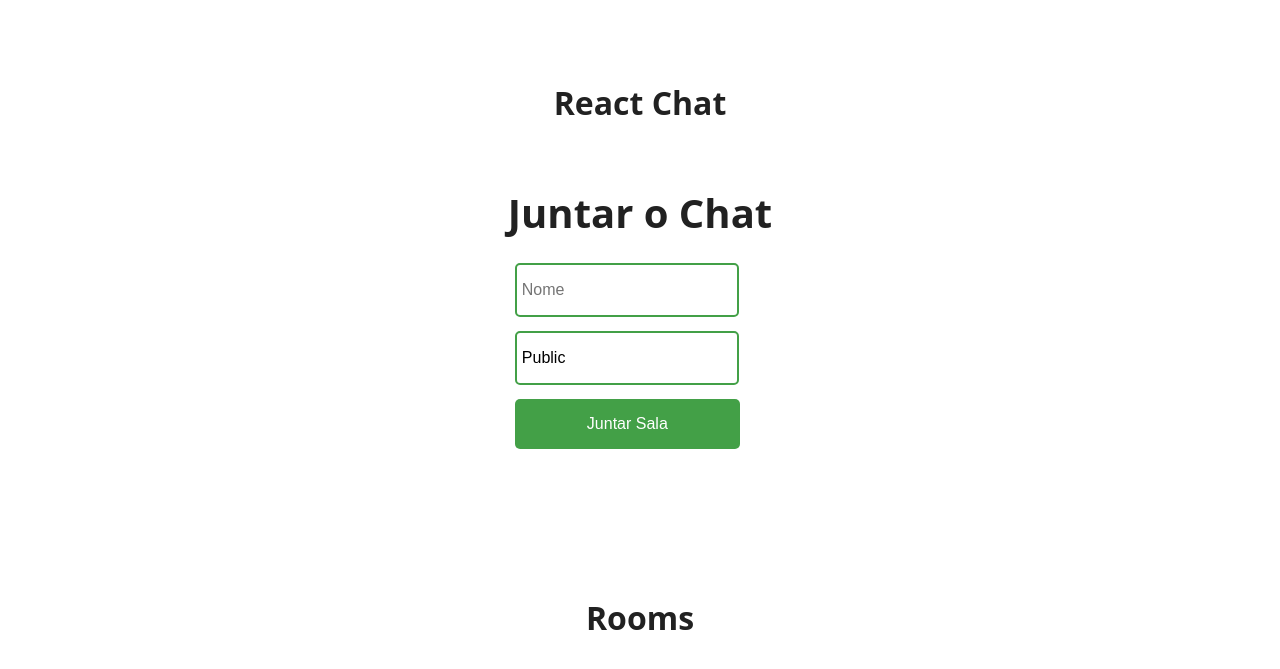
Repository: hierotsu/chat-rooms-react-
Page: / (app in client/)
An editor plug-in stored every save of this project. The page is shown before and after the next save, followed by the edit.
The browser window is 1280 px wide. The pictures show the whole page.
The page's requests for data from a server got no answer. The project was rebuilt for these pictures with package versions that can differ from the ones it lists, and the page was loaded fresh each time. No one was signed in, and anything a server would have sent is missing. Also part of the build but not shown: client/src/components/User.js, client/src/components/Chat.js.

Above is the page before, as saved 2022-02-02 15:18:37.

After the next save:
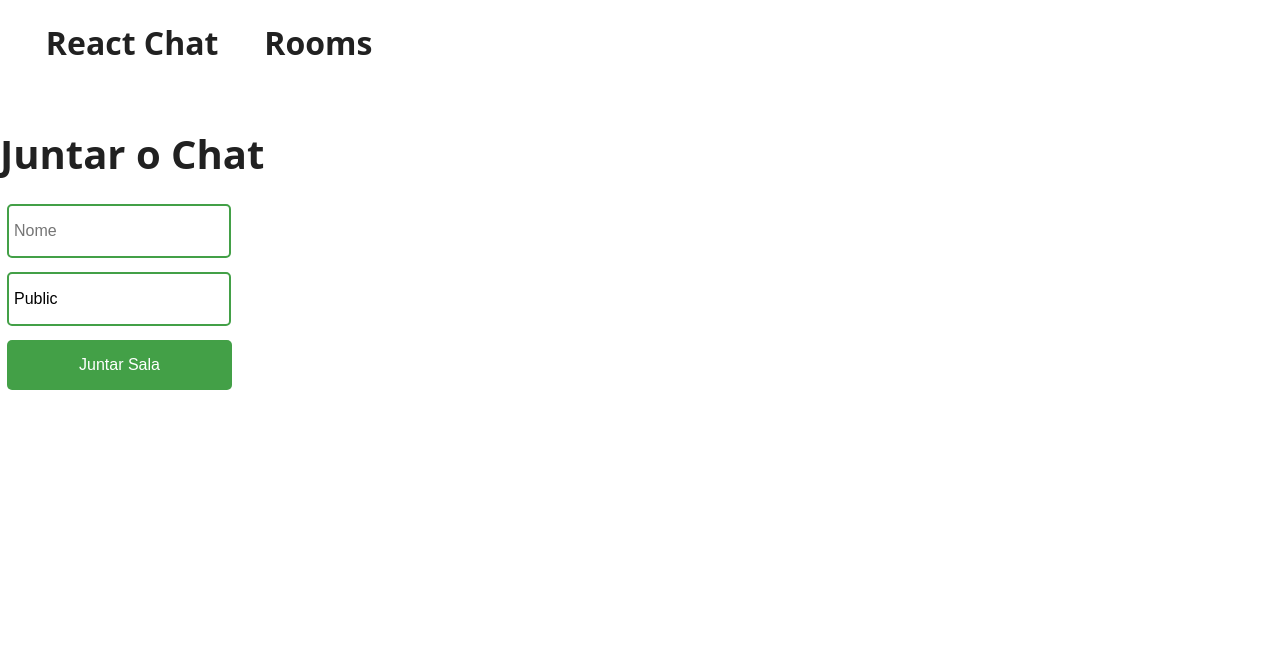
Saved 2 min 11 s later.
--- a/client/src/App.css
+++ b/client/src/App.css
@@ -4,8 +4,7 @@
 	background: #fff;
 	color: #212121;
 	font-family: "Open Sans", sans-serif;
-	display: grid;
-	place-items: center;
+	display: flex;
 }
 body {
 	margin: 0%;
@@ -85,7 +84,8 @@ button:hover {
 }
 .chat-window .chat-header {
 	height: 45px;
-	border-radius: 6px;
+	border-top-left-radius: 6px;
+	border-top-right-radius: 6px;
 	background: #263238;
 	position: relative;
 	cursor: pointer;
